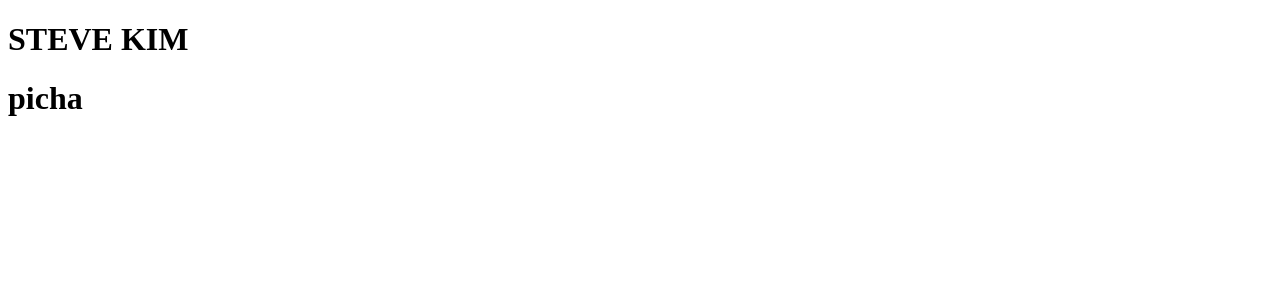
Repository: Sincriga/sincriga2
Page: index.html
The author's editor kept a copy of each file at every save. The page is drawn from the files as they stood at one save, then again after the next save.
The browser window is 1280 px wide. The pictures show the whole page.

Above is the page before, as saved 2024-02-24 12:04:27.

After the next save:
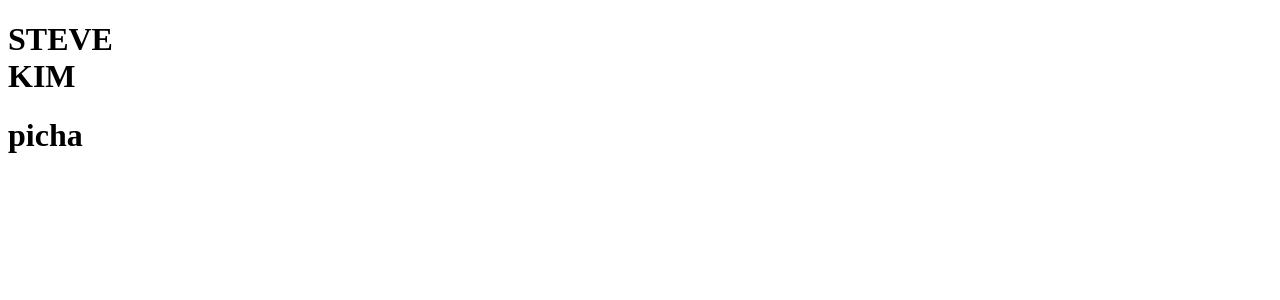
Saved 3 min 36 s later.
--- a/index.html
+++ b/index.html
@@ -11,7 +11,7 @@
 <body>
     <div id="herosection">
         <div class="sec1" id="name">
-            <h1>STEVE KIM</h1>
+            <h1>STEVE <br> KIM</h1>
         </div>
         <div class="sec1" id="picha">
             <h1>picha</h1>
